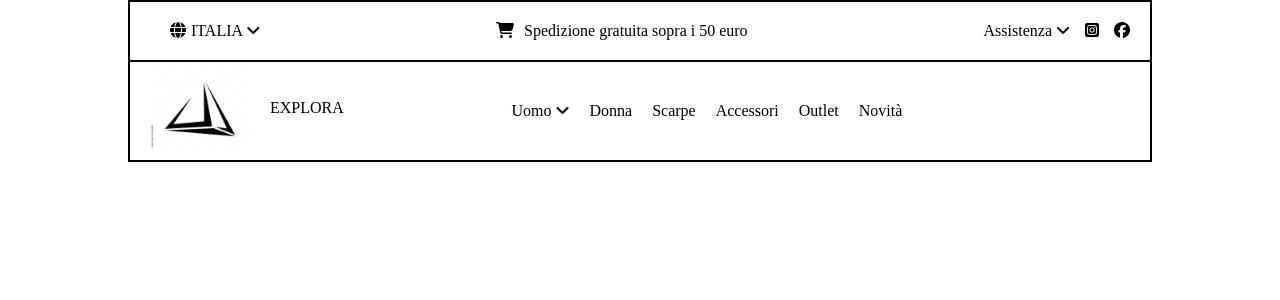
Repository: jacoporm1989/studioFlexbox
Page: FLEXBOX/Header+Navbar2/index.html
These files come from the project's save history. The page is drawn as it stood at one moment and after the next save; the edit follows.
The browser window is 1280 px wide. The pictures show the whole page.

Above is the page before, as saved 2026-06-12 11:59:07.

After the next save:
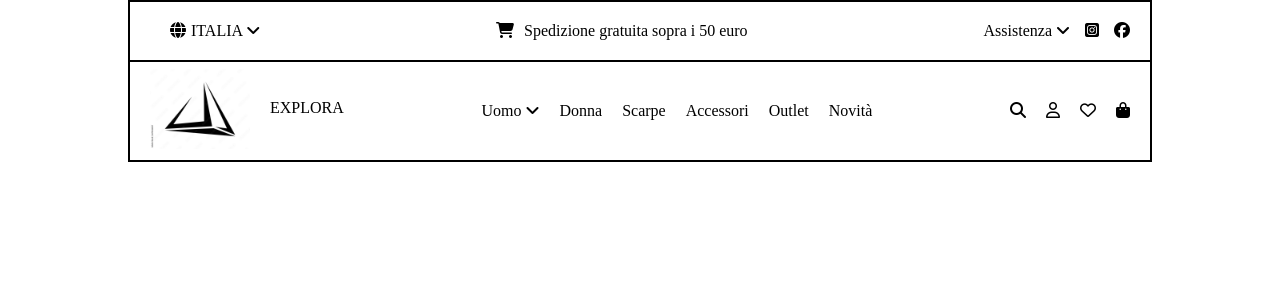
Saved 4 min 32 s later.
--- a/FLEXBOX/Header+Navbar2/index.html
+++ b/FLEXBOX/Header+Navbar2/index.html
@@ -116,10 +116,10 @@
                 </ul>
 
                 <ul class="third-menu">
-                    <li></li>
-                    <li></li>
-                    <li></li>
-                    <li></li>
+                    <li><i class="fa-solid fa-magnifying-glass"></i></li>
+                    <li><i class="fa-regular fa-user"></i></li>
+                    <li><i class="fa-regular fa-heart"></i></li>
+                    <li><i class="fa-solid fa-bag-shopping"></i></li>
                 </ul>
 
             </nav>
